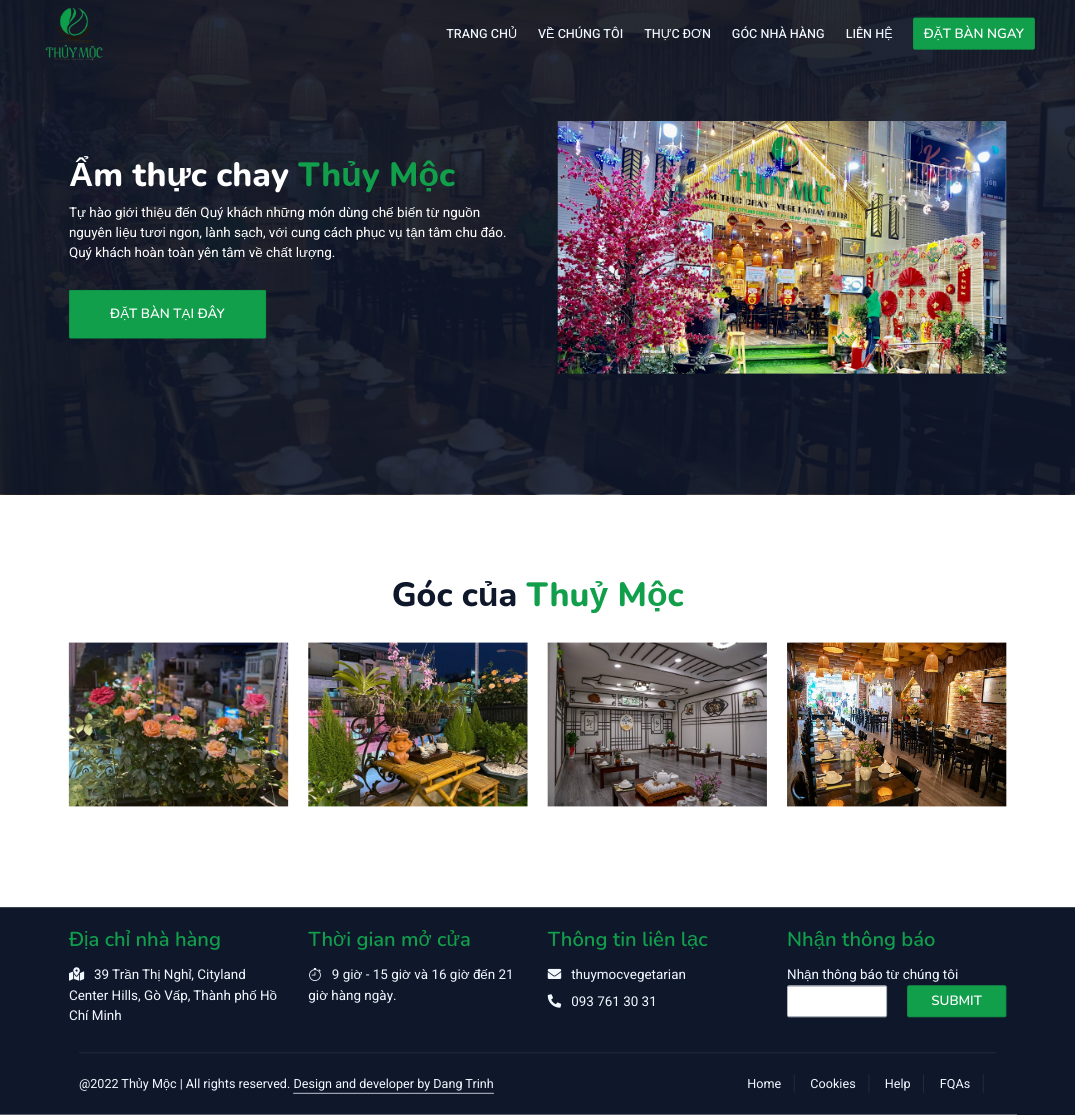
Repository: Dangtrinh28/thuymoc
Page: client.html
An editor plug-in stored every save of this project. The page is shown before and after the next save, followed by the edit.
The browser window is 1280 px wide. The pictures show the whole page, at 84% of full size.
Some web libraries are served in a nearby version.

Above is the page before, as saved 2022-11-22 10:13:12.
Console error: SyntaxError: Unexpected token '{'

After the next save:
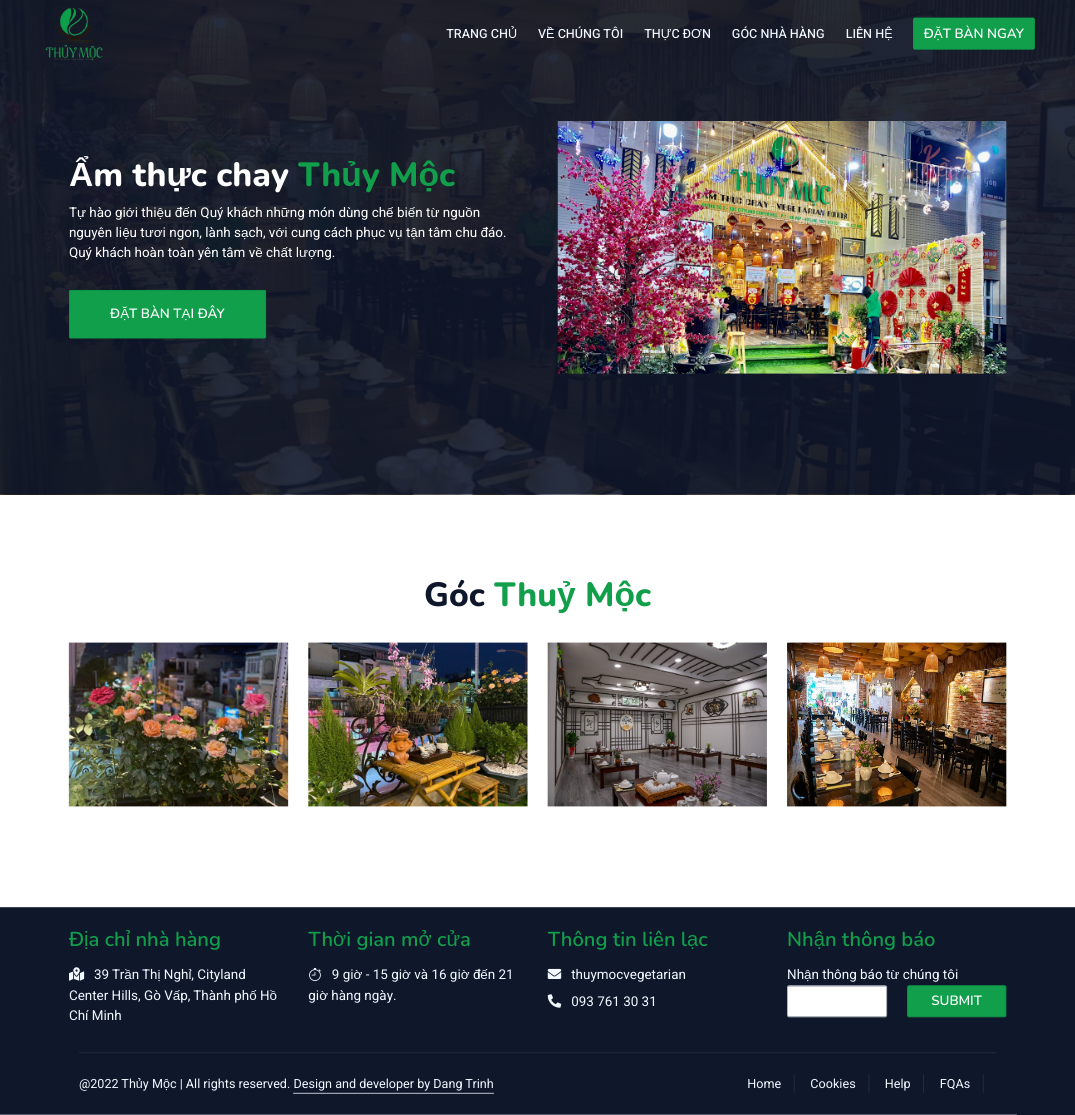
Saved 14 s later.
--- a/client.html
+++ b/client.html
@@ -90,7 +90,7 @@
 
         <!-- img client -->
         <div class="container-xxl py-5 px-0 wow fadeInUp" data-wow-delay="0.1s">
-            <h1 class="pb-4 text-center">Góc của <span class="text-primary"> Thuỷ Mộc</span></h1>
+            <h1 class="pb-4 text-center">Góc <span class="text-primary"> Thuỷ Mộc</span></h1>
             <div class="container">
                 <div class="row">
                     <div class="col-md-3 mb-4">
